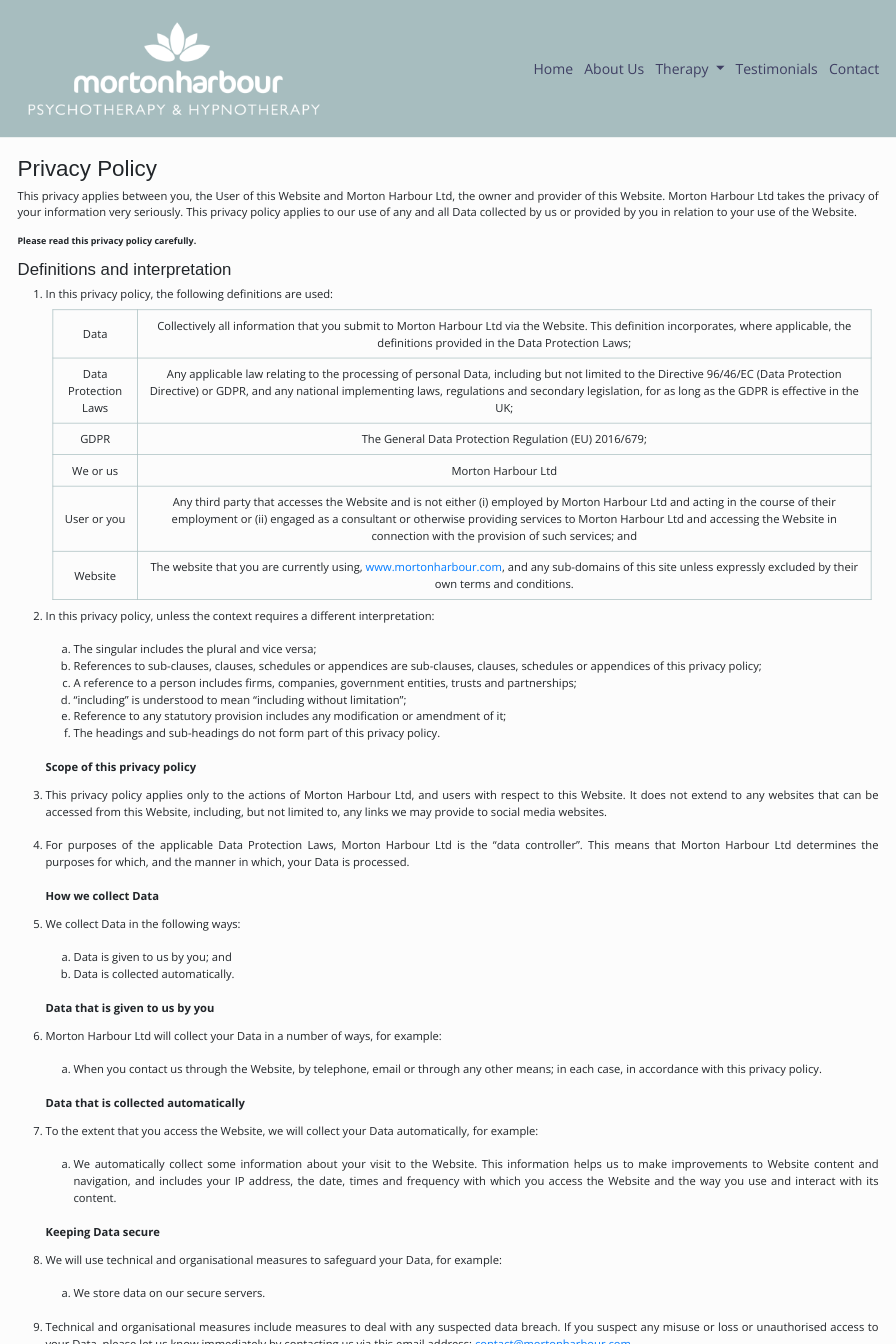
Repository: Code-Institute-Submissions/mortonharbour
Page: privacy policy.html
The author's editor kept a record of every edit. The page is drawn from the files as they stood at one moment, then again after the next edit.
The browser window is 1280 px wide. The pictures show the part of the page from y = 0 to 1920 px (the page is 4032 px tall), at 70% of full size.
Some web fonts or font styles are not loaded; a fallback is used. Some web libraries are served in a nearby version.

Above is the page before.

After the next edit:
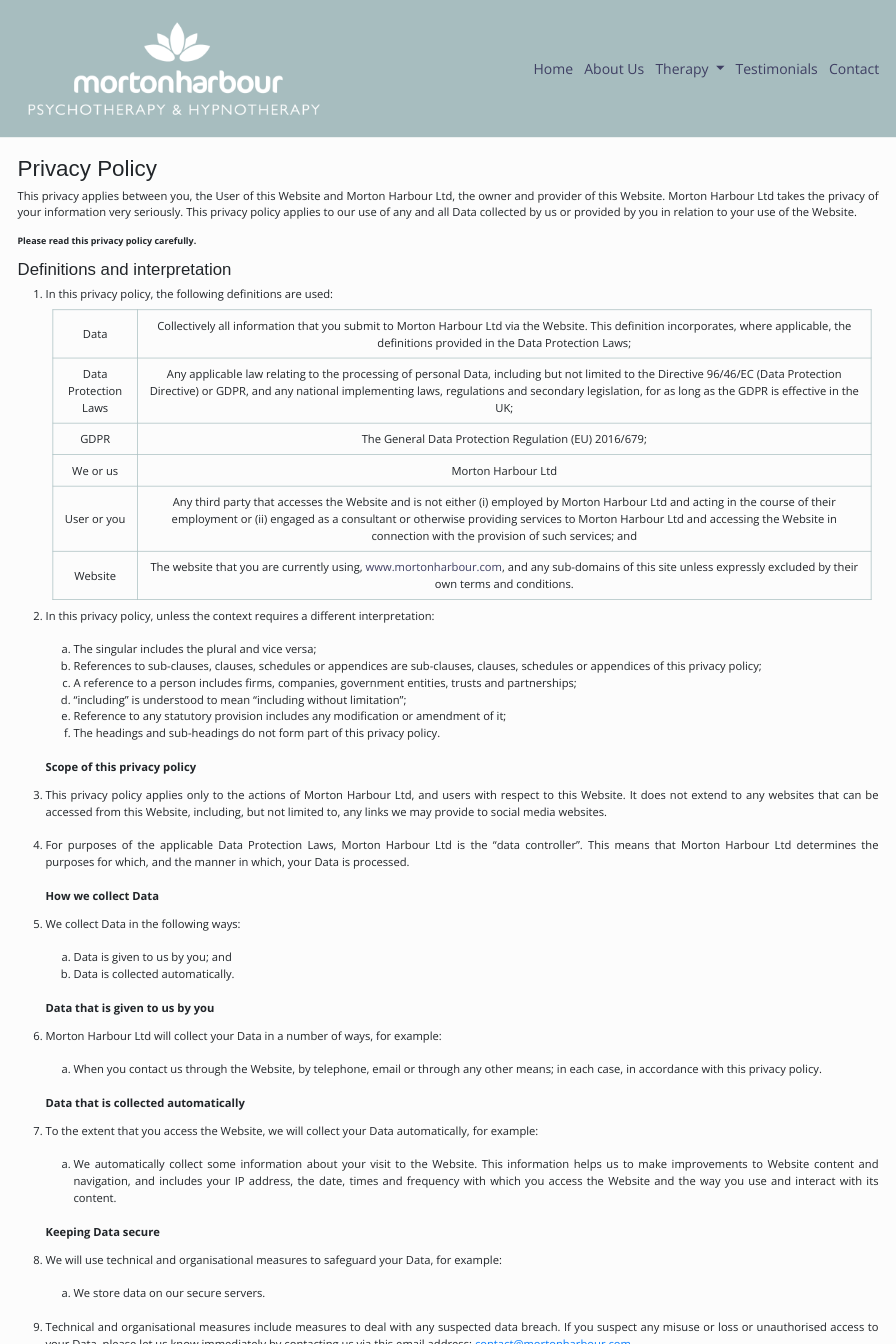
The edit:
--- a/assets/css/style.css
+++ b/assets/css/style.css
@@ -93,6 +93,10 @@
     margin: 25px;
 }
 
+.privacy-policy-website {
+    color: #3f3f63;
+}
+
 /*--------------------------------------------------------Form*/
 
 .newsletter-signup {
